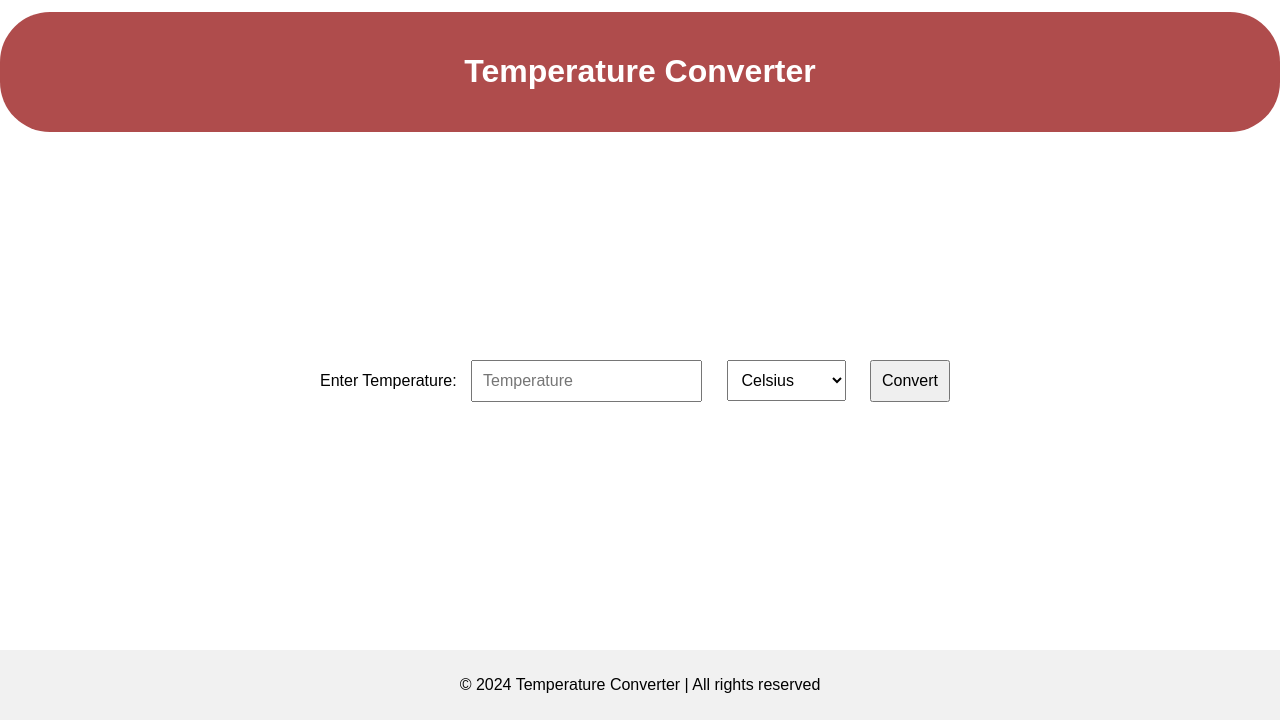
Repository: akhiranandan-04/Temperature-Converter
Page: index.html
An editor plug-in stored every save of this project. The page is shown before and after the next save, followed by the edit.
The browser window is 1280 px wide. The pictures show the whole page.

Above is the page before, as saved 2024-10-19 13:11:36.

### index.html
<!DOCTYPE html>
<html lang="en">
<head>
    <meta charset="UTF-8">
    <meta name="viewport" content="width=device-width, initial-scale=1.0">
    <title>Temperature Converter</title>
    <link rel="stylesheet" href="style.css">
</head>
<body>
    <header>
        <h1>Temperature Converter</h1>
    </header>

    <div class="converter">
        <div class="background">
        <label for="tempInput">Enter Temperature:</label>
        <input type="number" id="tempInput" placeholder="Temperature">

        <select id="tempType">
            <option value="C">Celsius</option>
            <option value="F">Fahrenheit</option>
        </select>

        <button onclick="convertTemp()">Convert</button>

        <p id="result"></p>
        </div>
    </div>

    <footer>
        <p>&copy; 2024 Temperature Converter | All rights reserved</p>
    </footer>

    <script src="script.js"></script>
</body>
</html>

### style.css
body {
    font-family: Arial, sans-serif;
    display: flex;
    flex-direction: column;
    justify-content: space-between;
    min-height: 100vh;
    margin: 0;
}

header {
    text-align: center;
    background-color: #af4c4c;
    padding: 20px;
    color: white;
    border-radius: 50px;
    margin-top: 12px;
}

.converter {
    display: flex;
    flex-direction: column;
    align-items: center;
    justify-content: center;
    flex: 1;
    background-color:white;
}

.background{

}
.converter input, .converter select, .converter button {
    margin: 10px;
    padding: 10px;
    font-size: 16px;
}

.converter p {
    font-size: 20px;
    font-weight: bold;
}

footer {
    text-align: center;
    padding: 10px;
    background-color: #f1f1f1;
}

### script.js
function convertTemp() {
    let temp = document.getElementById('tempInput').value;
    let tempType = document.getElementById('tempType').value;
    let resultText = '';

    if (temp === '') {
        resultText = 'Please enter a temperature!';
    } else {
        temp = parseFloat(temp);
        if (tempType === 'C') {
            // Celsius to Fahrenheit
            let convertedTemp = (temp * 9/5) + 32;
            resultText = `${temp}°C is ${convertedTemp.toFixed(2)}°F`;
        } else if (tempType === 'F') {
            // Fahrenheit to Celsius
            let convertedTemp = (temp - 32) * 5/9;
            resultText = `${temp}°F is ${convertedTemp.toFixed(2)}°C`;
        }
    }

    document.getElementById('result').innerText = resultText;
}

After the next save:
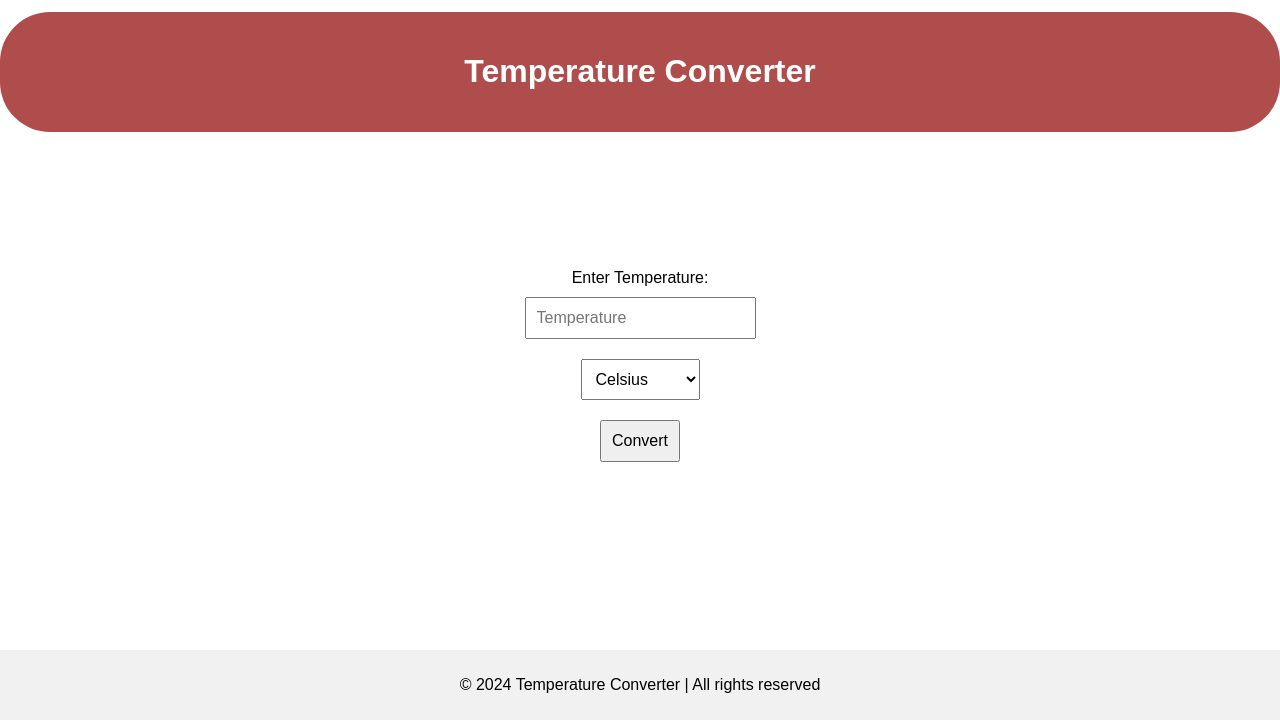
Saved 14 s later.
--- a/index.html
+++ b/index.html
@@ -12,7 +12,6 @@
     </header>
 
     <div class="converter">
-        <div class="background">
         <label for="tempInput">Enter Temperature:</label>
         <input type="number" id="tempInput" placeholder="Temperature">
 
@@ -24,7 +23,6 @@
         <button onclick="convertTemp()">Convert</button>
 
         <p id="result"></p>
-        </div>
     </div>
 
     <footer>
